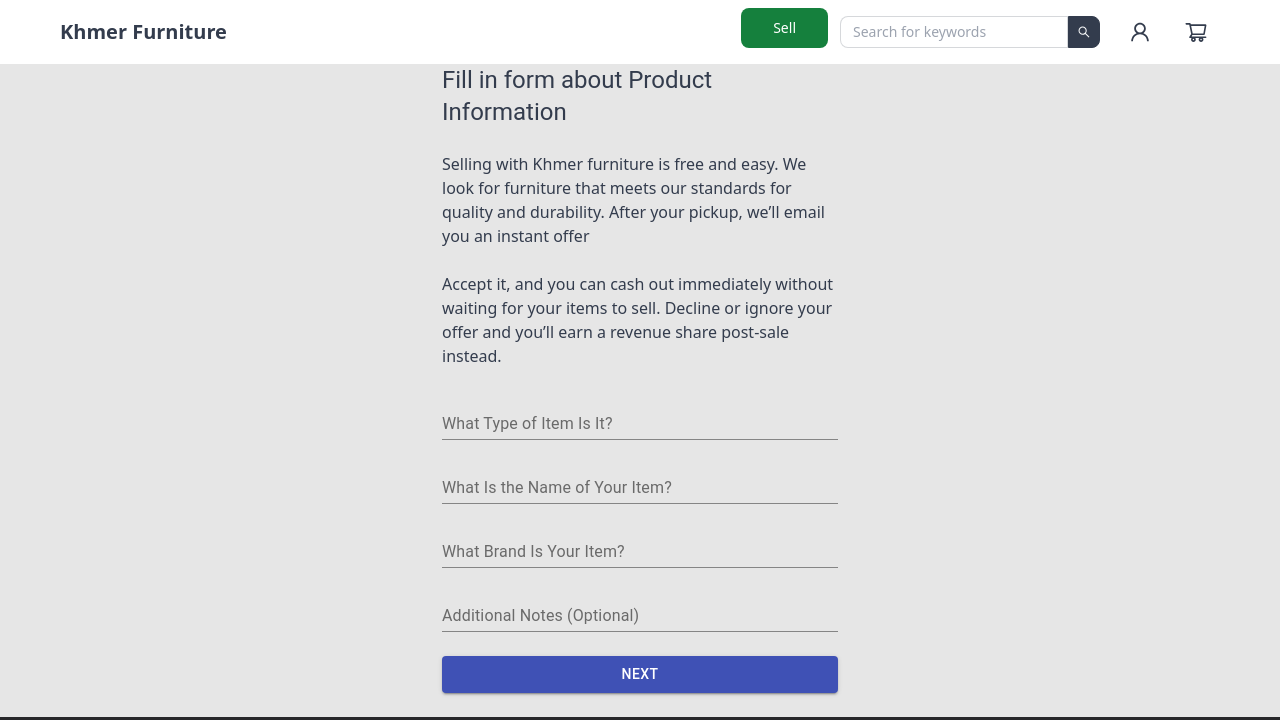
Repository: PlayerNguyen/dotot-shop
Page: /sell (app in client/)
An editor plug-in stored every save of this project. The page is shown before and after the next save, followed by the edit.
The browser window is 1280 px wide. The pictures show the whole page.
An inner scrolling area shows only its first screen. The project was rebuilt for these pictures with package versions that can differ from the ones it lists, and the page was loaded fresh each time. Also part of the build but not shown: client/src/components/NoMatch/NoMatch.jsx, client/src/components/Sell/UserDetails.js, client/src/components/Sell/Confirmation.js, client/src/components/Sell/Success.js.

Above is the page before, as saved 2022-12-08 12:41:18.

### client/src/index.html
<!DOCTYPE html>
<html lang="en" data-theme="emerald">
  <head>
    <meta charset="UTF-8" />
    <meta http-equiv="X-UA-Compatible" content="IE=edge" />
    <meta name="viewport" content="width=device-width, initial-scale=1.0" />
    <title>dotot.com - Nơi mua bán đồ cũ</title>
    <link rel="stylesheet" href="./index.css" />
  </head>
  <body>
    <div id="app"></div>

    <script src="./index.js" type="module"></script>
  </body>
</html>

### client/src/index.js
import React, { Suspense } from "react";
import client from "react-dom/client";
import { BrowserRouter } from "react-router-dom";
import App from "./App";
import "./index.css";
const appElement = document.getElementById("app");
let root = client.createRoot(appElement);
import { Provider } from "react-redux";
import { store } from "./stores/globalStore";

root.render(
  <React.StrictMode>
    <BrowserRouter>
      <Provider store={store}>
        <App />
      </Provider>
    </BrowserRouter>
  </React.StrictMode>
);

### client/src/App.jsx
import React, { Suspense } from "react";
import { ToastContainer } from "react-toastify";
import { Link, Route, Routes } from "react-router-dom";
const Home = React.lazy(() => import("./components/Home/Home"));
const Credentials = React.lazy(() =>
  import("./components/Credentials/Credentials")
);
import "react-toastify/dist/ReactToastify.css";
const SignUp = React.lazy(() => import("./components/Credentials/SignUp"));
const SignIn = React.lazy(() => import("./components/Credentials/SignIn"));
import Navbar from "./components/Navbar/Navbar";
const SignOut = React.lazy(() => import("./components/Credentials/SignOut"));
const CredentialSelection = React.lazy(() =>
  import("./components/Credentials/CredentialSelection")
);

import NoMatch from "./components/NoMatch/NoMatch";
import Footer from "./components/Footer/Footer";

const Product = React.lazy(() => import("./components/Product/Product"));
const ProductView = React.lazy(() =>
  import("./components/Product/ProductView")
);
const Profile = React.lazy(() => import("./components/Profile/Profile"));
const ProfileGeneral = React.lazy(() =>
  import("./components/Profile/ProfileGeneral")
);
const RequestSignedIn = React.lazy(() =>
  import("./components/RequestSignedIn/RequestSignedIn")
);

import { AiFillHome, AiOutlineUser } from "react-icons/ai";
const Checkout = React.lazy(() => import("./components/Checkout/Checkout"));

import Sell from "./components/Sell/Sell";

export default function App() {
  return (
    <div className="drawer bg-base-200">
      <input id="app-drawer" type="checkbox" className="drawer-toggle" />

      <div className="drawer-content flex flex-col">
        {/* Navbar */}
        <Suspense>
          <Navbar />
        </Suspense>

        {/* Render home */}
        <Routes>
          <Route path="/">
            <Route
              index
              element={
                <Suspense>
                  <Home />
                </Suspense>
              }
            />
            <Route
              path="/users"
              element={
                <Suspense>
                  <Credentials />
                </Suspense>
              }
            >
              {/* TODO: check whether user is logged in or not, to put current */}
              <Route
                index
                element={
                  <Suspense>
                    <CredentialSelection />
                  </Suspense>
                }
              />
              <Route
                path="/users/sign-up"
                element={
                  <Suspense>
                    <SignUp />
                  </Suspense>
                }
              />
              <Route
                path="/users/sign-in"
                element={
                  <Suspense>
                    <SignIn />
                  </Suspense>
                }
              />
              <Route path="/users/sign-out" element={<SignOut />} />
            </Route>
            <Route
              path="/products"
              element={
                <Suspense>
                  <Product />
                </Suspense>
              }
            >
              <Route
                path=":productId"
                element={
                  <Suspense>
                    <ProductView />
                  </Suspense>
                }
              />
            </Route>
            <Route
              element={
                <Suspense>
                  <RequestSignedIn />
                </Suspense>
              }
            >
              <Route
                path="/profile"
                element={
                  <Suspense>
                    <Profile />
                  </Suspense>
                }
              >
                <Route
                  path="/profile/general"
                  element={
                    <Suspense>
                      <ProfileGeneral />
                    </Suspense>
                  }
                />
              </Route>
            </Route>
            <Route
              path="/checkout"
              element={
                <Suspense>
                  <Checkout />
                </Suspense>
              }
            ></Route>
            <Route path="/sell" element={<Sell />} />
            <Route path="*" element={<NoMatch />} />
          </Route>
        </Routes>

        {/* Footer */}
        <Footer />
      </div>
      {/* Drawer side */}
      <div className="drawer-side">
        <label htmlFor="app-drawer" className="drawer-overlay"></label>
        <ul className="menu p-4 overflow-y-auto w-80 bg-base-100">
          <li>
            <Link to="/" className="">
              <i>
                <AiFillHome />
              </i>
              <span>Home</span>
            </Link>
          </li>

          <li>
            <Link to="/profile">
              <i>
                <AiOutlineUser />
              </i>
              <span>Users</span>
            </Link>
          </li>
        </ul>
      </div>

      <ToastContainer />
    </div>
  );
}

### client/src/stores/globalStore.ts
import { configureStore } from "@reduxjs/toolkit";
import cartSliceReducer from "../slices/CartSlice";
export const store = configureStore({
  reducer: {
    cart: cartSliceReducer,
  },
});

// Infer the `RootState` and `AppDispatch` types from the store itself
export type RootState = ReturnType<typeof store.getState>;
// Inferred type: {posts: PostsState, comments: CommentsState, users: UsersState}
export type AppDispatch = typeof store.dispatch;

### client/src/components/Navbar/Navbar.jsx
import { useState } from "react";
import {
  AiFillSetting,
  AiOutlineSearch,
  AiOutlineShoppingCart,
  AiOutlineUser,
} from "react-icons/ai";
import { ImExit } from "react-icons/im";
import { FiMenu } from "react-icons/fi";
import { Link } from "react-router-dom";

export default function Navbar() {
  const [cartSize, setCartSize] = useState(0);
  const [signedIn, setSignedIn] = useState(false);

  useState(() => {
    setSignedIn(localStorage.getItem("token") !== null);
  }, [localStorage]);

  return (
    <div className="navbar bg-base-100 lg:px-12">
      {/* Navbar start section */}
      <div className="flex flex-row lg:hidden">
        <label htmlFor="app-drawer" className="drawer-button btn btn-ghost">
          <FiMenu className="text-xl" />
        </label>
      </div>

      <div className="flex-1 px-3">
        <Link to="/">
          <h1 className="text-xl font-bold">Khmer Furniture</h1>
        </Link>
      </div>

      {/* Wide screen  */}
      <div className="hidden lg:flex flex-row gap-1 text-2xl">
      <Link to="/sell">
          <h1 className="focus:outline-none text-white bg-green-700 hover:bg-green-800 focus:ring-4 focus:ring-green-300 font-medium rounded-lg text-sm px-8 py-2.5 mr-2 mb-2 dark:bg-green-600 dark:hover:bg-green-700 dark:focus:ring-green-800 ">Sell </h1>
          <span></span>
        </Link>
        {/* Search group */}
        <div>
          <div className=" input-group">
            <input
              className="input input-bordered input-sm"
              placeholder="Search for keywords"
            />
            <button className="btn btn-square btn-sm">
              <AiOutlineSearch />
            </button>
          </div>
        </div>
        {/* Link group */}
        <div className="menu menu-horizontal p-2 rounded-box text-md">
          {!signedIn ? (
            <li>
              <Link to={"/users/"}>
                <AiOutlineUser />
              </Link>
            </li>
          ) : (
            <li>
              <div className="dropdown dropdown-end dropdown-hover block">
                <label tabIndex={0}>
                  <AiOutlineUser />
                </label>
                <ul
                  tabIndex={0}
                  className="menu dropdown-content p-2 shadow bg-base-100 rounded-box w-52 mt-4 text-sm"
                >
                  <li className="block">
                    <Link to="/profile">
                      <AiFillSetting />
                      Profile
                    </Link>
                  </li>
                  <li className="block">
                    <Link to={`/users/sign-out`}>
                      <ImExit />
                      Sign out
                    </Link>
                  </li>
                </ul>
              </div>
            </li>
          )}

          <li>
            <Link to={"/checkout"} className="relative">
              <AiOutlineShoppingCart />
              {cartSize && cartSize > 0 ? (
                <span className="text-sm ">{cartSize}</span>
              ) : null}
            </Link>
          </li>
        </div>
      </div>

      {/* For small screen */}
      <div className="lg:hidden">
        <div className="menu menu-horizontal p-2 rounded-box text-xl">
          {/* Shopping cart */}
          <li>
            <a className="relative">
              <span>
                <AiOutlineShoppingCart />
              </span>
              {cartSize && cartSize > 0 ? (
                <span className="absolute text-sm left-2 top-2 bg-red-400 px-2 rounded-full text-white">
                  {cartSize}
                </span>
              ) : null}
            </a>
          </li>
          {/* Search */}
          <li>
            <a className="relative">
              <AiOutlineSearch />
            </a>
          </li>
        </div>
      </div>
    </div>
  );
}

### client/src/components/Footer/Footer.jsx
import React from "react";
import { AiFillFacebook, AiFillPhone } from "react-icons/ai";

export default function Footer() {
  return (
    <div className="footer-wrapper bg-zinc-800 text-zinc-100 md:px-12">
      <footer className="footer p-12 min-h-[20vh] flex flex-col gap-4 sm:flex-row  sm:gap-10">
        <div className="flex flex-col gap-1 flex-1">
          {/* <div className="font-bold text-2xl">General</div> */}
          <div className={`font-bold text-2xl`}>Contact</div>

          <div>
            <div className="flex flex-row gap-2">
              <span>
                <AiFillPhone />
              </span>
              <span className="text-zinc-400">(+84) 123456789</span>
            </div>
            {/* Social medias */}
            <div className="flex flex-row text-2xl my-1">
              <div>
                <AiFillFacebook />
              </div>
              <div>
                <AiFillFacebook />
              </div>
            </div>
          </div>
        </div>

        <div className="flex-1">
          <div className="text-2xl font-bold">References</div>
          <div className="text-zinc-400">
            <div>Policies</div>
            <div>Exchange and Refurbish</div>
            <div>Warranty</div>
          </div>
        </div>
      </footer>
    </div>
  );
}

### client/src/components/Sell/Sell.jsx
import React, { Component } from 'react'
import ProductDetails from './ProductDetails';
import UserDetails from './UserDetails';
import Confirmation from './Confirmation';
import Success from './Success';

export default class Sell extends Component{

  state = {
    step: 1,
    category: '',
    productName: '',
    brandName: '',
    firstName: '',
    lastName: '',
    country: '',
    levelOfEducation: '',
  }

  // go back to previous step
  prevStep = () => {
    const { step } = this.state;
    this.setState({ step: step - 1 });
  }

  // proceed to the next step
  nextStep = () => {
    const { step } = this.state;
    this.setState({ step: step + 1 });
  }

  // Handle fields change
  handleChange = input => e => {
    this.setState({ [input]: e.target.value });
  }

  render() {
    const { step } = this.state;
    const { category, productName, brandName, firstName, lastName, country, levelOfEducation } = this.state;
    const values = { category, productName, brandName, firstName, lastName, country, levelOfEducation }

    switch(step) {
      case 1:
        return (
          <ProductDetails
            nextStep={ this.nextStep }
            handleChange={ this.handleChange }
            values={ values }
          />
        )
      case 2:
        return (
          <UserDetails
            prevStep={ this.prevStep }
            nextStep={ this.nextStep }
            handleChange={ this.handleChange }
            values={ values }
          />
        )
      case 3:
          return (
            <Confirmation
              prevStep={ this.prevStep }
              nextStep={ this.nextStep }
              values={ values }
            />
          )
        case 4:
          return (
            <Success />
          )
      default:
          // do nothing
    }
  }

}

### client/src/slices/CartSlice.ts
import { createSlice } from "@reduxjs/toolkit";
import type { PayloadAction } from "@reduxjs/toolkit";

const cart = localStorage.getItem(
  process.env.CART_ITEM_KEY_NAME ? process.env.CART_ITEM_KEY_NAME : "cartItems"
);
const initialState = {
  items: cart ? JSON.parse(cart) : new Set(),
};

const CartSlice = createSlice({
  name: "Cart",
  initialState,
  reducers: {
    addCartItem: (state, action: PayloadAction<string>) => {
      if (!state.items.includes(action.payload)) {
        state.items = [...state.items, action.payload];
      }
    },
    removeCartItem: (state, action: PayloadAction<string>) => {
      state.items = [...state.items].filter((ele) => ele !== action.payload);
    },
    clearCartItem: (state) => {
      state.items = [];
    },
  },
});

export const { addCartItem, removeCartItem, clearCartItem } = CartSlice.actions;

export default CartSlice.reducer;

### client/src/components/Sell/ProductDetails.js
import React from 'react'
// import { makeStyles } from '@material-ui/core/styles';
import { Container, Typography, Grid, TextField, Button } from '@material-ui/core'


const ProductDetails = ({ nextStep, handleChange, values }) => {

    // for continue event listener
    const Continue = e => {
      e.preventDefault();
      nextStep();
    }

    return (
      <Container  component="main" maxWidth="xs">
        <div>
          <Typography  component="h1" variant="h5" className='content-center '>
           Fill in form about Product Information
          </Typography>
          <br/>
          <div> Selling with Khmer furniture is free and easy. We look for furniture that meets our standards for quality and durability.
          After your pickup, we’ll email you an instant offer </div>
          <br/>
          <div> Accept it, and you can cash out immediately without waiting for your items to sell.
           Decline or ignore your offer and you’ll earn a revenue share post-sale instead.</div>
           <br/>
          <form>
            <Grid container spacing={2}>
                {/* Category */}
                <Grid item xs={12}>
                  <TextField
                    placeholder="Category type"
                    label="What Type of Item Is It?"
                    onChange={handleChange('category')}
                    defaultValue={values.category}
                    // variant="outlined"
                    // autoComplete="chair"
                    fullWidth
                  />
                </Grid>
                <br />
                {/* Product Name */}
                <Grid item xs={12}>
                  <TextField
                    placeholder="Product Name "
                    label="What Is the Name of Your Item?"
                    onChange={handleChange('productName')}
                    defaultValue={values.productName}
                    // variant="outlined"
                    // autoComplete="productName"
                    fullWidth
                  />
                </Grid>
                <br />
                {/* Brand Name */}
                <Grid item xs={12}>
                  <TextField
                    placeholder="Brand Name"
                    label="What Brand Is Your Item? "
                    onChange={handleChange('brandName')}
                    defaultValue={values.brandName}
                    // variant="outlined"
                    // autoComplete="password"
                    fullWidth
                    // type="password"
                  />
                </Grid>
                  {/* Additional Notes */}
              <Grid item xs={12}>
                <TextField
                  placeholder="Additional Notes (Optional)"
                  label="Additional Notes (Optional)"
                  onChange={handleChange('levelOfEducation')}
                  defaultValue={values.levelOfEducation}
                  autoComplete="Level of Education"
                  fullWidth
                />
              </Grid>
            </Grid>
            <br />
            <Button
              onClick={ Continue }
              type="submit"
              fullWidth
              variant="contained"
              color="primary"
            >
              Next
            </Button>
          </form>
        </div>
        <br/>
      </Container>
    )
  }

  export default ProductDetails

### client/tailwind.config.js
/** @type {import('tailwindcss').Config} */
module.exports = {
  content: ["./src/**/*.{html,js,ts,jsx,tsx}"],
  theme: {
    extend: {},
  },
  plugins: [require("daisyui")],
  // daisyUI config (optional)
  daisyui: {
    styled: true,
    themes: true,
    base: true,
    utils: true,
    logs: true,
    rtl: false,
    prefix: "",
    darkTheme: "dark",
  },
};

Loaded but not shown: client/src/index.css (common file)

After the next save:
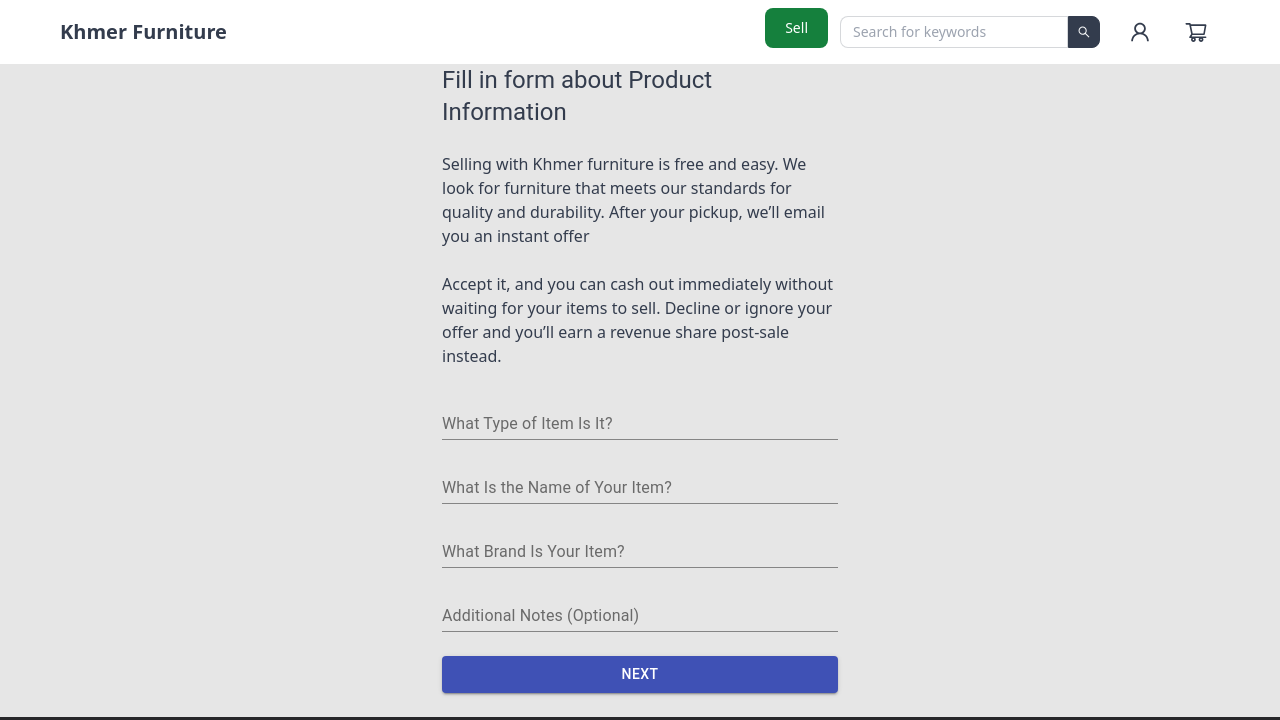
Saved 6 s later.
--- a/client/src/components/Navbar/Navbar.jsx
+++ b/client/src/components/Navbar/Navbar.jsx
@@ -35,7 +35,7 @@ export default function Navbar() {
       {/* Wide screen  */}
       <div className="hidden lg:flex flex-row gap-1 text-2xl">
       <Link to="/sell">
-          <h1 className="focus:outline-none text-white bg-green-700 hover:bg-green-800 focus:ring-4 focus:ring-green-300 font-medium rounded-lg text-sm px-8 py-2.5 mr-2 mb-2 dark:bg-green-600 dark:hover:bg-green-700 dark:focus:ring-green-800 ">Sell </h1>
+          <h1 className="focus:outline-none text-white bg-green-700 hover:bg-green-800 focus:ring-4 focus:ring-green-300 font-medium rounded-lg text-sm px-5 py-2.5 mr-2 mb-2 dark:bg-green-600 dark:hover:bg-green-700 dark:focus:ring-green-800 ">Sell </h1>
           <span></span>
         </Link>
         {/* Search group */}
